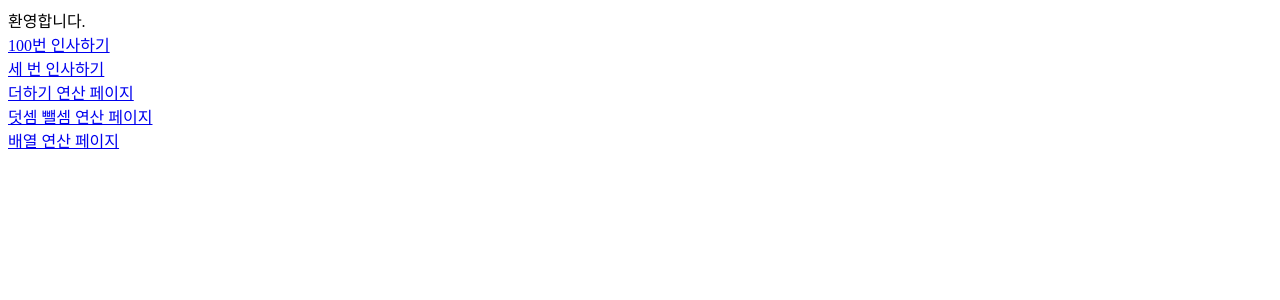
Repository: Jason-TG/workspace
Page: JSP_Project/src/main/webapp/index.html
An editor plug-in stored every save of this project. The page is shown before and after the next save, followed by the edit.
The browser window is 1280 px wide. The pictures show the whole page.

Above is the page before, as saved 2021-07-09 06:58:25.

After the next save:
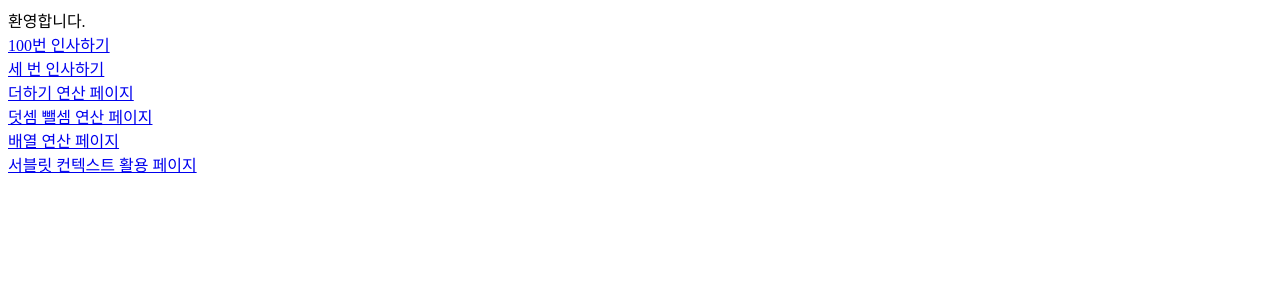
Saved 43 s later.
--- a/JSP_Project/src/main/webapp/index.html
+++ b/JSP_Project/src/main/webapp/index.html
@@ -19,5 +19,7 @@
 	<br />
 	<a href="add2.jsp">배열 연산 페이지</a>
 	<br />
+	<a href="add2.jsp">서블릿 컨텍스트 활용 페이지</a>
+	<br />
 </body>
 </html>
